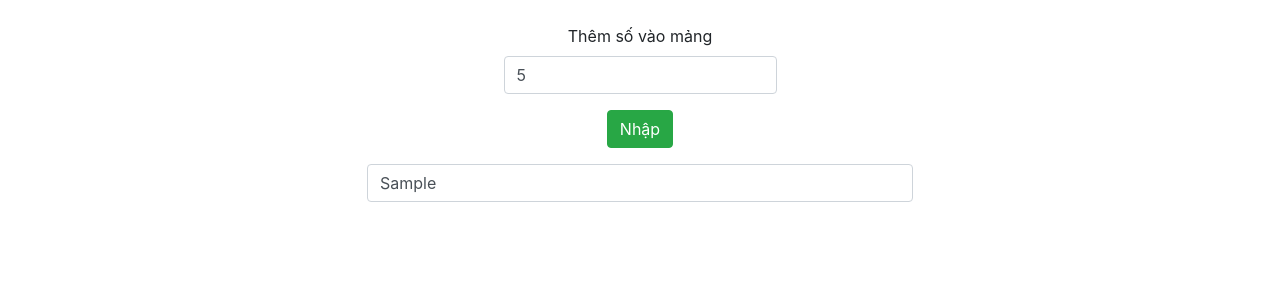
Repository: baobaodeveloper/bootcamp21__array__HuynhAnhBao
Page: index.html
An editor plug-in stored every save of this project. The page is shown before and after the next save, followed by the edit.
The browser window is 1280 px wide. The pictures show the whole page.
Empty fields were first filled with sample values (such as "Sample", 5 or name@example.com).
After loading, the first visible `#input` was clicked once.

Above is the page before, as saved 2022-03-20 16:53:28.

After the next save:
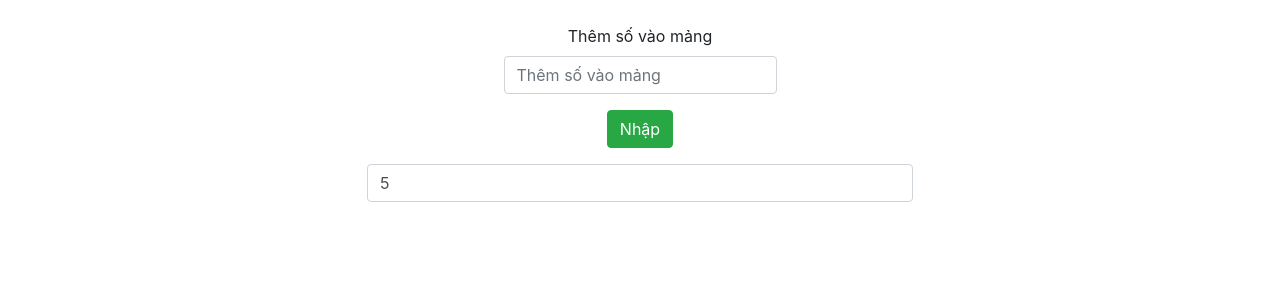
Saved 41 s later.
--- a/app.js
+++ b/app.js
@@ -5,4 +5,7 @@ document.getElementById("input").addEventListener("click", () => {
   if (!numberValue) return;
 
   arr.push(+numberValue);
+  number.value = "";
+
+  document.getElementById("array-current").value = arr;
 });
